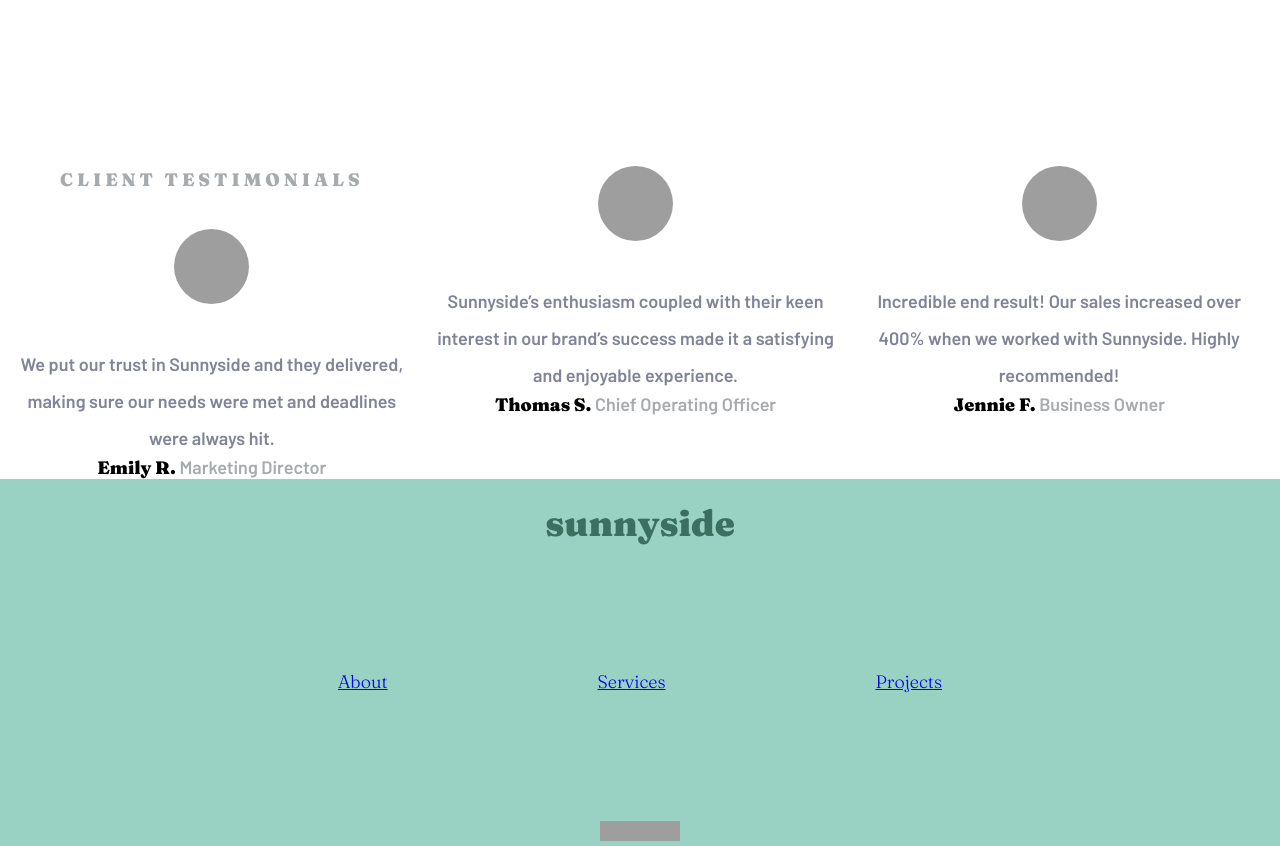
Repository: Roshanell/Sunny-Side-Agency
Page: index.html
These files come from the project's save history. The page is drawn as it stood at one moment and after the next save; the edit follows.
The browser window is 1280 px wide. The pictures show the part of the page from y = 2148 to 2994 px (the page is 2994 px tall before and 2762 px after).
Pictures or frames that could not be fetched are drawn as grey boxes. Some web libraries are served in a nearby version.

Above is the page before, as saved 2022-07-06 13:43:23.

After the next save:
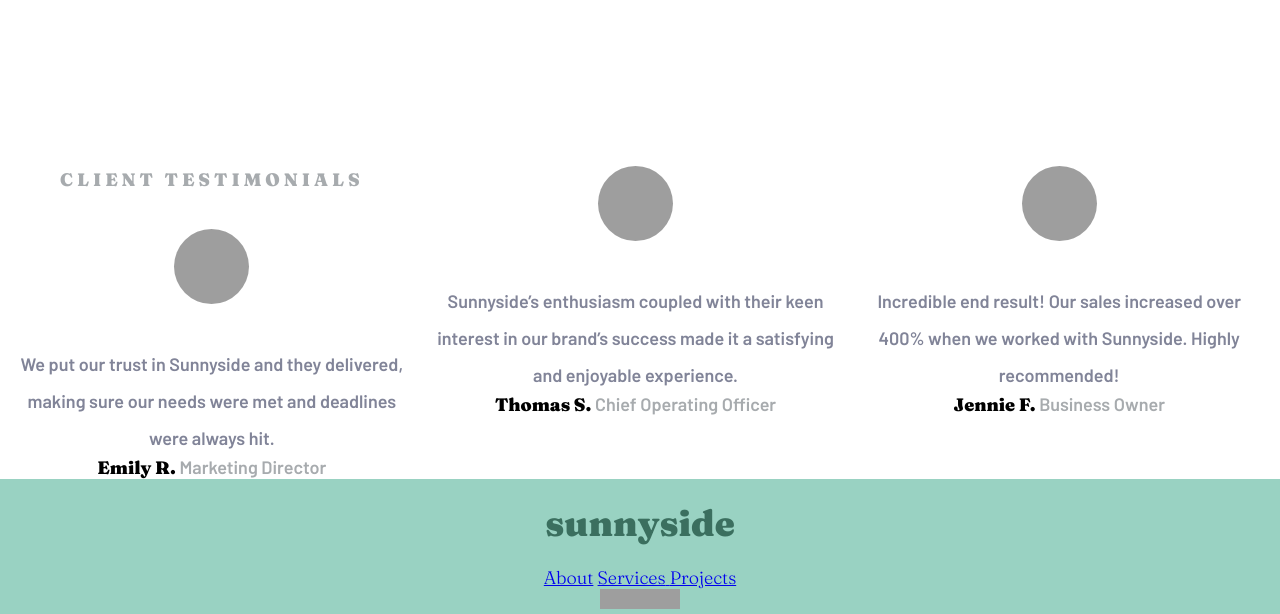
Saved 41 s later.
--- a/css/style.css
+++ b/css/style.css
@@ -357,12 +357,6 @@ span a {
   .moreInformation span a {
     display: flex;
     text-decoration: none;
-  }
-  .moreInformation {
-    display: flex;
-    flex-direction: row;
-    justify-content: space-evenly;
-    margin: 10%;
   }
 
   .socialMediaHandles {
